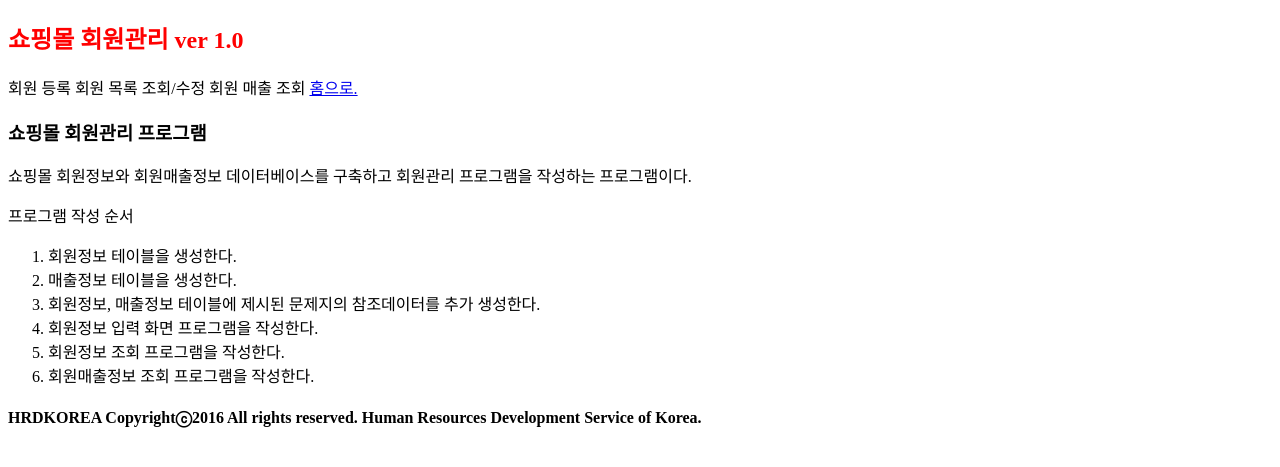
Repository: brightjy/Today-what-I-practiced
Page: http://localhost/HRD_900108/main/main.jsp
An editor plug-in stored every save of this project. The page is shown before and after the next save, followed by the edit.
The browser window is 1280 px wide. The pictures show the whole page.
The page is served by Tomcat 9.

Above is the page before, as saved 2020-05-09 11:32:37.

After the next save:
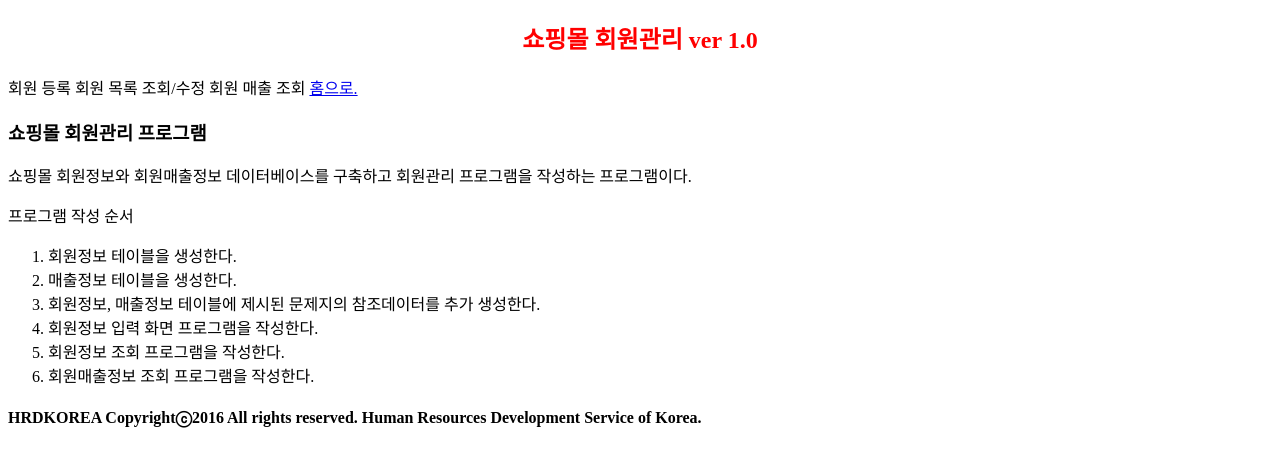
Saved 60 s later.
--- a/hrdkorea_0509/HRD_900108/WebContent/main/header.jsp
+++ b/hrdkorea_0509/HRD_900108/WebContent/main/header.jsp
@@ -6,6 +6,11 @@
 <meta charset="UTF-8">
 <title>Insert title here</title>
 <link rel="stylesheet" href="../css/style.css?ver=1">
+<style>
+	h2{
+		text-align:center;
+	}
+</style>
 </head>
 <body>
 	<header>
